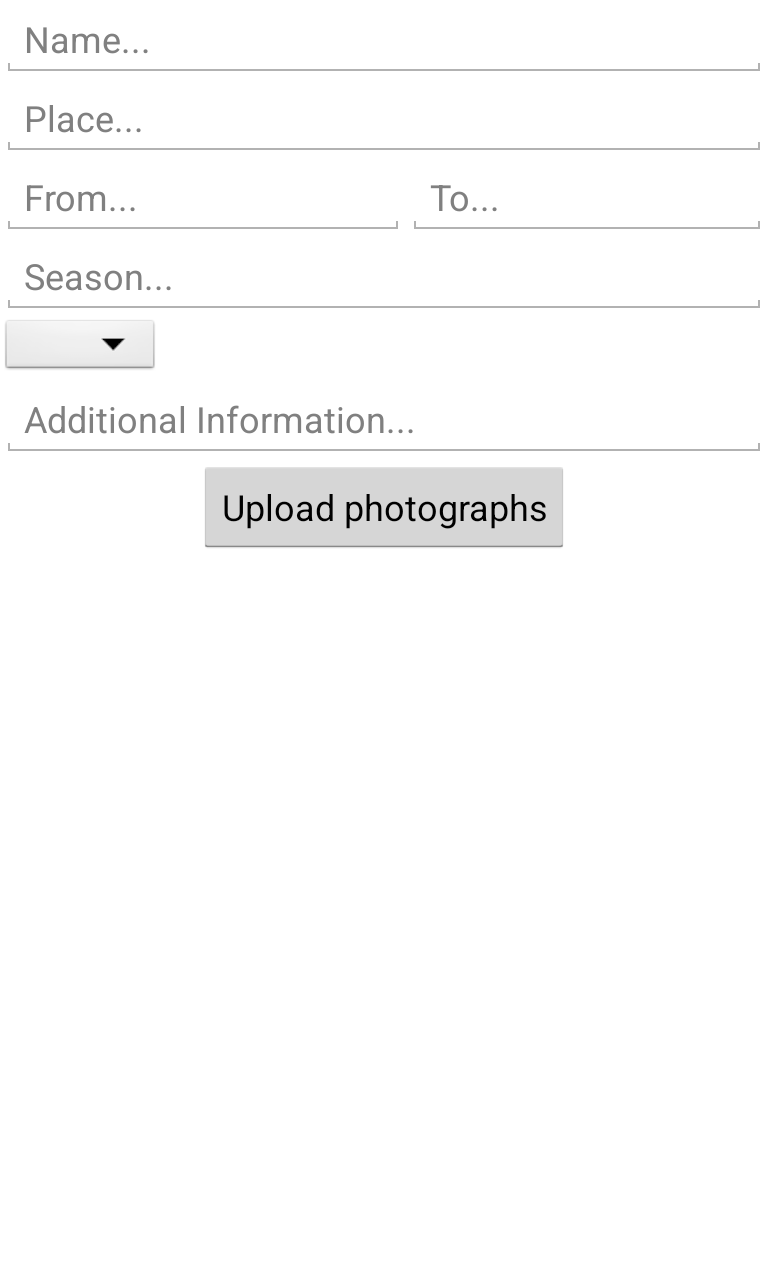
Repository: sandeshshetty/TravelZeus
Layout: TravelZeus/res/layout/fragment_insert_info.xml
The author's editor kept a copy of each file at every save. The layout is drawn from the files as they stood at one save, then again after the next save.
It is drawn on a 768 x 1280 px phone screen (xhdpi) without system bars, with theme AppTheme; the app's code is not run.

Above is the layout before, as saved 2015-05-17 03:08:04.

### TravelZeus/res/layout/fragment_insert_info.xml
<?xml version="1.0" encoding="utf-8"?>
<LinearLayout xmlns:android="http://schemas.android.com/apk/res/android"
    android:layout_width="match_parent"
    android:layout_height="match_parent"
    android:orientation="vertical">

    <EditText
        android:id="@+id/userInputName"
        android:layout_height="wrap_content"
    	android:layout_width="match_parent"
    	android:hint="Name..."
    	 />

    <EditText
        android:id="@+id/userInputPlace"
        android:layout_height="wrap_content"
    	android:layout_width="match_parent"
    	android:hint="Place..."
    	 />

    <LinearLayout
         android:layout_width="match_parent"
    android:layout_height="wrap_content"
    android:orientation="horizontal">


         <EditText
        android:id="@+id/userInputFromPlace"
        android:layout_height="wrap_content"
        android:layout_width="wrap_content"
		android:layout_gravity="center"
		android:layout_weight="0.5"
    	android:hint="From..."
    	 />



          <EditText
        android:id="@+id/userInputToPlace"
        android:layout_height="wrap_content"
        android:layout_width="wrap_content"
		android:layout_gravity="center"
		android:layout_weight="0.5"
    	android:hint="To..."
    	 />



    </LinearLayout>
    <EditText
        android:id="@+id/userInputSeason"
        android:layout_height="wrap_content"
    	android:layout_width="match_parent"
    	android:hint="Season..."
    	 />

   <Spinner
       android:id="@+id/userInput"
       android:layout_height="32dp"
       android:layout_width="wrap_content"
        android:background="@android:drawable/btn_dropdown"
        android:spinnerMode="dropdown"
       />

    <EditText
        android:id="@+id/userComment"
        android:layout_height="wrap_content"
    	android:layout_width="match_parent"
    	android:hint="Additional Information..."
    	 />

     <Button
        android:id="@+id/userImageUpload"
        android:layout_width="wrap_content"
        android:layout_height="wrap_content"
       	android:layout_gravity="center_horizontal"
       	android:text="Upload photographs" />

</LinearLayout>

Loaded but not shown: TravelZeus/res/values/styles.xml (common file); TravelZeus/res/values-v11/styles.xml (common file); TravelZeus/res/values-v14/styles.xml (common file)

After the next save:
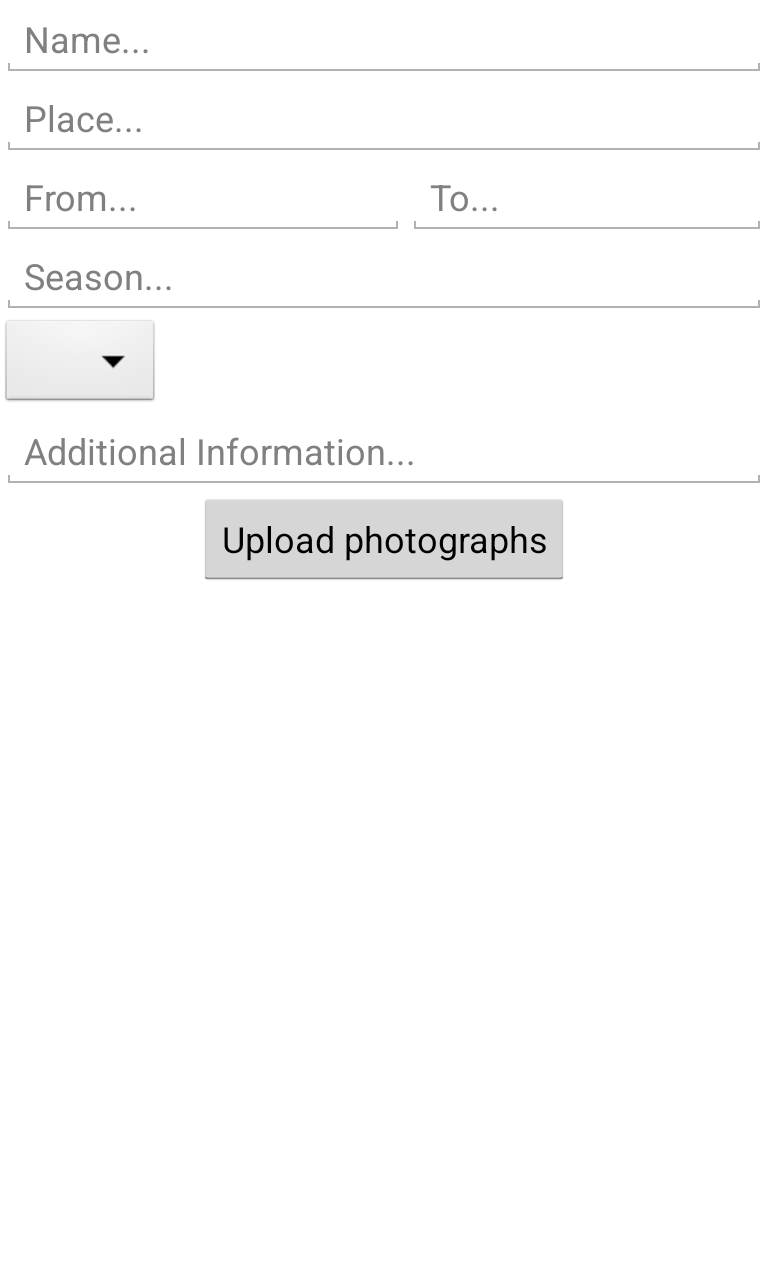
Saved 44 s later.
--- a/TravelZeus/res/layout/fragment_insert_info.xml
+++ b/TravelZeus/res/layout/fragment_insert_info.xml
@@ -56,7 +56,7 @@
 
    <Spinner
        android:id="@+id/userInput"
-       android:layout_height="32dp"
+       android:layout_height="48dp"
        android:layout_width="wrap_content"
         android:background="@android:drawable/btn_dropdown"
         android:spinnerMode="dropdown"
